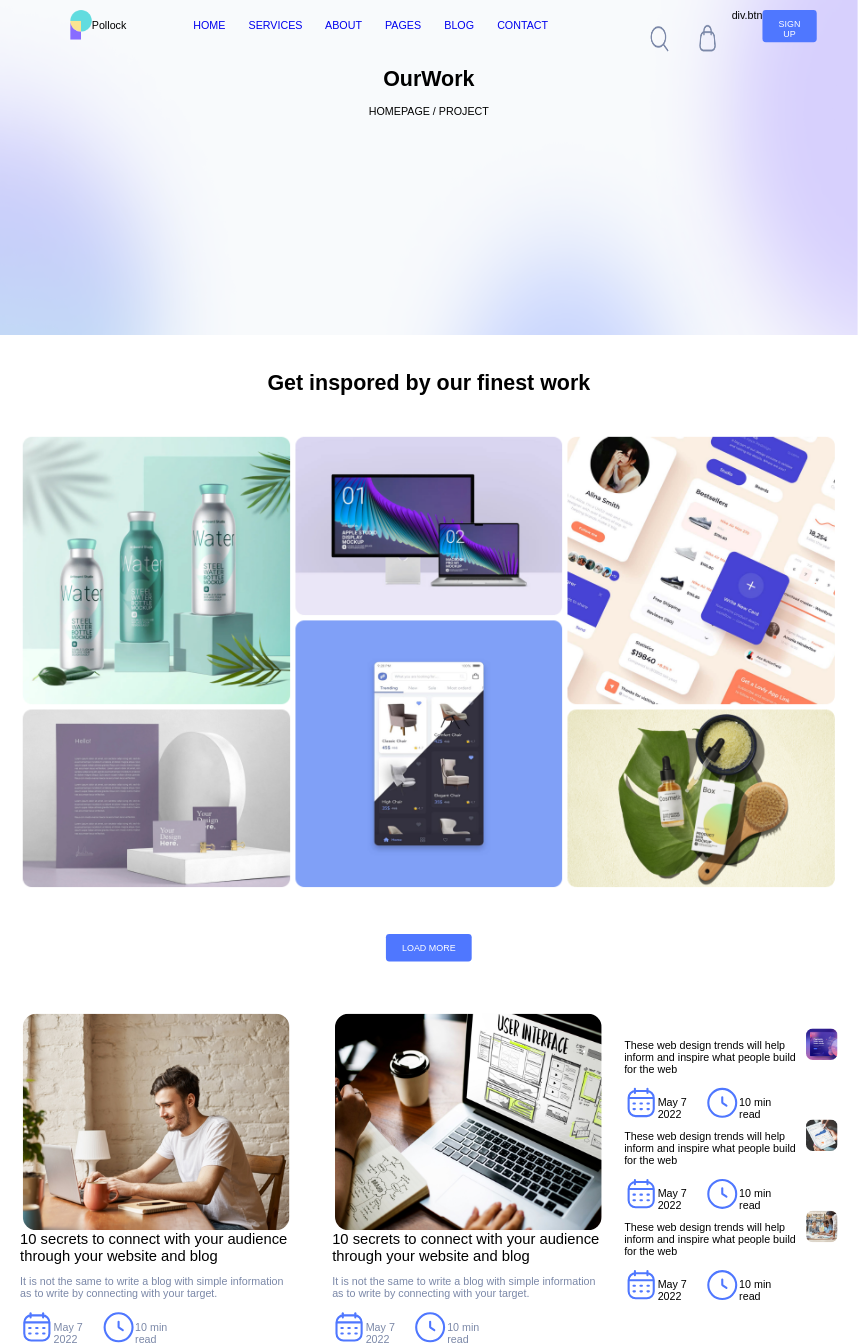
Repository: Nam936/exercises
Page: demo.html
These files come from the project's save history. The page is drawn as it stood at one moment and after a run of saves; the edit follows.
The browser window is 1280 px wide. The pictures show the whole page, at 67% of full size.

Above is the page before, as saved 2023-01-06 16:34:53.

### demo.html
<!DOCTYPE html>
<html lang="en">

<head>
  <meta charset="UTF-8">
  <meta http-equiv="X-UA-Compatible" content="IE=edge">
  <meta name="viewport" content="width=device-width, initial-scale=1.0">
  <title>Pollock</title>
  <link rel="stylesheet" href="style2.css">
</head>

<body>
  <div id="wrap">
    <div class="bg-header">
      <div class="container">
        <div class="header">
          <div class="menu-header">
            <div class="logo-header">
              <div class="img-logo">
                <img src="/img/Frame_header.png" alt="logo">
              </div>
              <p class="txt_header">Pollock</p>
            </div>
            <div class="header-midd">
              <a href="#">HOME</a>
              <a href="#">SERVICES</a>
              <a href="#">ABOUT</a>
              <a href="#">PAGES</a>
              <a href="#">BLOG</a>
              <a href="#">CONTACT</a>
            </div>
            <div class="header-right">
              <div class="search">
                <img class="search" src="/img/Iconex/Search_header.png" alt="">
              </div>
              <div class="cart">
                <img class="cart" src="/img/Iconex/Bag_header.png" alt="">
              </div>
              div.btn
              <button>SIGN UP</button>
            </div>
          </div>
        </div>
        <div class="txt-ct">
          <h1>OurWork</h1>
          <p>HOMEPAGE / PROJECT</p>
        </div>
      </div>
    </div>

    <div class="main">
      <div class="header-main">
        <h1>Get inspored by our finest work</h1>
      </div>
      <div class="row">
        <div class="column">
          <img src="/img/main_img/1.png" alt="">
          <img src="/img/main_img/2.png" alt="">
        </div>
        <div class="column">
          <img src="/img/main_img/3.png" alt="">
          <img src="/img/main_img/4.png" alt="">
        </div>
        <div class="column">
          <img src="/img/main_img/5.png" alt="">
          <img src="/img/main_img/6.png" alt="">
        </div>
      </div>
      <div class="btn-main">
        <a href="#"><button>LOAD MORE</button></a>
      </div>
    </div>

    <!-- <div class="client">
      <div class="tit-client">
        <h2>What our clients are saying about us</h2>
        <p>Customer satisfaction is a primary goal for our company</p>
      </div>
      <div class="slide-container">
        <div class="slide">
          <div class="card">
            <div class="content">
              <div class="avatar">
                <img src="/img/avatar/avatar-1.svg" alt="">
              </div>
              <div class="title-card">
                <span>Monica Smith</span>
                <p>Brand & Co</p>
              </div>
              <div class="desc-card">
                <span>Amazing!!</span>
                <p>Overall experience is awesome!! I'm a visual thinker, and I couldn't function without a tool like
                  this.</p>
              </div>
            </div>
          </div>
          <div class="card">
            <div class="content">
              <div class="avatar">
                <img src="/img/avatar/avatar-2.svg" alt="">
              </div>
              <div class="title-card">
                <span>Monica Smith</span>
                <p>Brand & Co</p>
              </div>
              <div class="desc-card">
                <span>Amazing!!</span>
                <p>Overall experience is awesome!! I'm a visual thinker, and I couldn't function without a tool like
                  this.</p>
              </div>
            </div>
          </div>
          <div class="card">
            <div class="content">
              <div class="avatar">
                <img src="/img/avatar/avatar-3.svg" alt="">
              </div>
              <div class="title-card">
                <span>Monica Smith</span>
                <p>Brand & Co</p>
              </div>
              <div class="desc-card">
                <span>Amazing!!</span>
                <p>Overall experience is awesome!! I'm a visual thinker, and I couldn't function without a tool like
                  this.</p>
              </div>
            </div>
          </div>
        </div>
      </div>
    </div>

    <div class="recent-project-wrap">
      <div class="recent-container">
        <div class="recent-project">
          <div class="recent-title">
            <p>Recent projects</p>
          </div>
          <div class="btn-slide">
            <img src="/img/Iconex/Left.svg" alt="">
            <img src="/img/Iconex/Right.svg" alt="">
          </div>
        </div>
        <div class="card-row">
          <div class="card-column"><img src="/img/Img1.png" alt=""></div>
          <div class="card-column"><img src="/img/Img2.png" alt=""></div>
          <div class="card-column"><img src="/img/Img3.png" alt=""></div>
        </div>
      </div>
    </div> -->

    <div class="blog">
      <!-- <div class="blog-content">
        <div class="tit">
          <p>We will keep you up to date and give you tips to help you optimise your company</p>
        </div>
      </div> -->
      <div class="big-new">
        <div class="big-new-cont">
          <div class="big-content-1">
            <div class="big-img">
              <img src="/img/Rectangle 66.png" alt="">
            </div>
            <div class="blog-desc">
              <div class="blog-tit">
                <span class="tit-blog-tit">10 secrets to connect with your audience through your website and blog</span>
                <p>It is not the same to write a blog with simple information as to write by connecting with your
                  target.
                </p>
              </div>
              <div class="blog-date">
                <img src="/img/Iconex/Calendar.svg" alt="">
                <p>May 7 2022</p>
              </div>
              <div class="time">
                <img src="/img/Iconex/Time Circle.svg" alt="">
                <p>10 min read</p>
              </div>
            </div>
          </div>
          <div class="big-content-2">
            <div class="big-img">
              <img src="/img/Rectangle 66_2.png" alt="">
            </div>
            <div class="blog-desc">
              <div class="blog-tit">
                <span class="tit-blog-tit">10 secrets to connect with your audience through your website and blog</span>
                <p>It is not the same to write a blog with simple information as to write by connecting with your
                  target.
                </p>
              </div>
              <div class="blog-date">
                <img src="/img/Iconex/Calendar.svg" alt="">
                <p>May 7 2022</p>
              </div>
              <div class="time">
                <img src="/img/Iconex/Time Circle.svg" alt="">
                <p>10 min read</p>
              </div>
            </div>
          </div>
        </div>
      </div>


      <div class="blog-thumbnail">
        <div class="thumbnail">
          <div class="thumb">
            <p>These web design trends will help inform and inspire what people build for the web</p>
            <div class="day">
              <div class="blog-date">
                <img src="/img/Iconex/Calendar.svg" alt="">
                <p>May 7 2022</p>
              </div>
              <div class="time">
                <img src="/img/Iconex/Time Circle.svg" alt="">
                <p>10 min read</p>
              </div>
            </div>
          </div>
          <div class="thumb-img">
            <img src="/img/thumb1.png" alt="">
          </div>
        </div>
        <div class="thumbnail">
          <div class="thumb">
            <p>These web design trends will help inform and inspire what people build for the web</p>
            <div class="day">
              <div class="blog-date">
                <img src="/img/Iconex/Calendar.svg" alt="">
                <p>May 7 2022</p>
              </div>
              <div class="time">
                <img src="/img/Iconex/Time Circle.svg" alt="">
                <p>10 min read</p>
              </div>
            </div>
          </div>
          <div class="thumb-img">
            <img src="/img/thumb2.png" alt="">
          </div>
        </div>
        <div class="thumbnail">
          <div class="thumb">
            <p>These web design trends will help inform and inspire what people build for the web</p>
            <div class="day">
              <div class="blog-date">
                <img src="/img/Iconex/Calendar.svg" alt="">
                <p>May 7 2022</p>
              </div>
              <div class="time">
                <img src="/img/Iconex/Time Circle.svg" alt="">
                <p>10 min read</p>
              </div>
            </div>
          </div>
          <div class="thumb-img">
            <img src="/img/thumb3.png" alt="">
          </div>
        </div>
      </div>
    </div>
  </div>
</body>

</html>

### style2.css
* {
  box-sizing: border-box;
}

body {
  margin: 0;
  font-family: 'Outfit', sans-serif;
}

.bg-header {
  width: 100%;
  height: 500px;
  background-image: url(/img/Hero_background.png);
  background-size: 100% 100%;
}

.container {
  max-width: 1170px;
  margin: 0px auto;
  padding: 0px 15px;
  width: 100%;
}

/* .menu-header{
  overflow: hidden;
  padding: 20px 10px; */
/* }
.logo-header{
  float: left;
}
.logo-header{
  display: flex;
}
.logo-header img{
  max-width: 100%;
  float: left;
}
.img-logo{
  width: 32px;
  height: 44px;
  max-width: 100%;
}
.header-right{
  padding: 20px 10px;
}
.header-right a{
  float: left;
  display: block;
  text-align: center;
  padding: 14px 16px;
  text-decoration: none;
  font-size: 17px;
  /* padding: 12px;
  text-decoration: none;
  line-height: 20px;
  color: #7B88A8; */
}


/* .icon-header img {
  width: 24px;
  height: 24px;
}

.cart,.search{
  margin: 22px 20px;
}

button {
  display: inline;
  background-color: #4F77FF;
  border: 0px;
  border-radius: 5px;
  padding: 13px 24px;
  color: #fff;
}  */

/* @media screen and (max-width: 600px) {
  .menu-header a:not(:first-child) {display: none;}
  /* .menu-header a{
    float: right;
    display: block;
  }
}
*/
/* @media screen and (max-width: 500px) {
  .header a {
    float: none;
    display: block;
    text-align: left;
} */

/* .header-right {
    float: none;
} */

.header {
  display: flex;
}

.menu-header {
  display: flex;
  justify-content: space-around;
  align-items: center;
}

.menu-header img {
  width: 32px;
  height: 44px;
}

.logo-header{
  display: flex;
  align-items: center;
}



.txt-header {
  padding-left: 10px;
}

/* .lst-header ul {
  display: flex;
  list-style-type: none;
}

.lst-header ul li {
  margin: 22px 20px;
}

.lst-header a {
  text-decoration: none;
  color: #7B88A8;
}  */

.header-midd{
  padding: 30px 30px;
}
.header-midd a{
  text-decoration: none;
  margin-right: 30px;
}

.header-right{
  display: flex;
  width: 227px;
  height: 48px;
}
.icon-header{

}
.icon-header img {
  width: 50%;
  width: 24px;
  height: 24px;
}
.icon
.btn-header{

}
.cart,
.search {
  margin: 10px 10px;
}

button {
  background-color: #4F77FF;
  border: 0px;
  border-radius: 5px;
  padding: 13px 24px;
  color: #fff;
}

.txt-ct {
  text-align: center;
}
@media screen and (max-width: 600px) {
  .header-right img{
    display: none;
  }
}
@media screen and (max-width: 600px) {
  .menu-header a:not(:first-child) {display: none;}
  .menu-header a{
    float: right;
    display: block;
  }
}







/* main */
.header-main{
  text-align: center;
  padding: 32px;
}

.row{
/* display: -ms-flexbox; IE10 */
/* -ms-flex-wrap: wrap; IE10 */
  display: flex;
  flex-wrap: wrap;
  padding: 0 30px;
  justify-content: center;
}

/* Create four equal columns that sits next to each other */
.column {
  /* -ms-flex: 25%; IE10 */
  flex: 25%;
  max-width: 50%;
  padding: 0 4px;
}

.column img {
  margin-top: 8px;
  vertical-align: middle;
  width: 100%;
}



.btn-main{
  text-align: center;
  padding: 70px;
}
.btn-main a{
  text-decoration: none;
}


@media screen and (max-width: 800px) {
  .column {
    /* -ms-flex: 50%; */
    flex: 50%;
    max-width: 50%;
  }
}

/* Responsive layout - makes the two columns stack on top of each other instead of next to each other */
@media screen and (max-width: 600px) {
  .column {
    /* -ms-flex: 100%; */
    flex: 100%;
    max-width: 100%;
  }
}

/* slide-card */
.client{
  background-color: #F8FAFC;
}
.tit-client{
  text-align: center;
  padding: 120px 0px 95px;
}
.tit-client p{
  color: #7B88A8;
}
.slide-container{

}
.slide{
  display: flex;
  justify-content: center;
  gap: 30px;
}
.card{
  width: 350px;
  height: 350px;
  border: 1px solid rgba(79, 119, 255, 0.2) ;
  border-radius: 20px;
  margin-bottom: 105px;
}
.content{
  text-align: center;
  padding: 35px 35.09px 45px 35px;
}
.avatar{

}
.title-card span{
  font-size:22px;
}
.title-card p{
  color: #7B88A8;
  font-size: 16px;
}
.desc-card span{
  font-size: 18px;
}
.desc-card p{
  display: -webkit-box;
  -webkit-box-orient: vertical;
  -webkit-line-clamp: 3;
  overflow: hidden;
  color: #7B88A8;
  font-size: 16px;
  line-height: 1.5;
}

/* recent */

.recent-project-wrap{

}
.recent-container{
  max-width: 1170px;
  margin: 0px auto;
  padding: 0px 15px;
  width: 100%;
}
.recent-project{
  display: flex;
  align-items: center;
}
.recent-title{

}
.btn-slide{

}
.card-row{
  display: flex;
  flex-wrap: wrap;
  padding: 0 30px;
  justify-content: center;
}
.card-column{
  flex: 25%;
  max-width: 50%;
  padding: 0 4px;
}
.card-column img{
  margin-top: 8px;
  /* vertical-align: middle; */
  width: 100%;
}


/* blog */

.blog{

  display: flex;
}
/* .blog-content{

}
.tit{

} */
.big-new{

}
.big-new-cont{
  display: flex;
  gap: 30px;
}
.big-content-1{
  padding: 0 30px;

}
.big-img{
  max-width: 100%;
  padding: 0 4px;
}
.big-img img{
  margin-top: 8px;
  vertical-align: middle;
  width: 100%;
  border-radius: 20px;
}
.blog-desc{
  display: flex;
  flex-wrap: wrap;
}
.blog-desc p{
  color: #7B88A8;
}
.blog-titp{

}
.tit-blog-tit{
  font-size: 22px;
}
.blog-date{
  display: flex;
  margin-right: 20px;
}
.time{
  display: flex;
}
.big-content-2{

}

.blog-thumbnail{
  display: flex;
  flex-direction: column;
  padding: 30px 30px;
}
.thumbnail{
  display: flex;
}
.thumb{
  display: -webkit-box;
    -webkit-box-orient: vertical;
    -webkit-line-clamp: 3;
    overflow: hidden;
}

.day{
  display: flex;
}
.thumb-img{
  width: 100px;
  height: 100px;
}
.thumb-img img{
  max-width: 100%;
  border-radius: 10px;
}
























/* html,
body {
  font-size: 16px;
  color: hsl(60, 58%, 0%);
}
body {
  padding: 20px;
  background-color: rgb(99, 232, 203);
}
h1 {
  font-size: 2rem;
  text-align: center;
}
.buttons {
  display: flex;
  flex-wrap: wrap;
  gap: 10px;
  margin: 40px 0;
}
button {
  padding: 10px;
  border-radius: 5px;
  border: 2px solid hsl(60, 58%, 17%);
  background-color: navajowhite;
}
.grid {
  display: grid;
  grid-template-columns: repeat(auto-fit, minmax(10rem, 1fr));
  grid-auto-rows: 10rem;
  grid-gap: 20px;
  margin: 40px 0;
}
.grid__item {
  background-color: hsl(40, 58%, 17%);
  border-radius: 5px;
}
.grid__item:nth-child(1),
.grid__item:nth-child(4) {
  background-color: hsl(10, 58%, 17%);
}
.grid__item:nth-child(2),
.grid__item:nth-child(6) {
  background-color: hsl(150, 58%, 17%);
}
.grid__item:nth-child(3),
.grid__item:nth-child(7) {
  background-color: hsl(200, 58%, 17%);
}
.grid__item:nth-child(4),
.grid__item:nth-child(8) {
  background-color: hsl(305, 58%, 17%);
} */
/* transition styles that would be animated */
/* .toggle-column {
  grid-template-columns: repeat(auto-fit, minmax(16rem, 1fr));
}
.toggle-row {
  grid-auto-rows: 16rem;
}
.toggle-gap {
  grid-gap: 40px;
} */

After the next 7 saves:
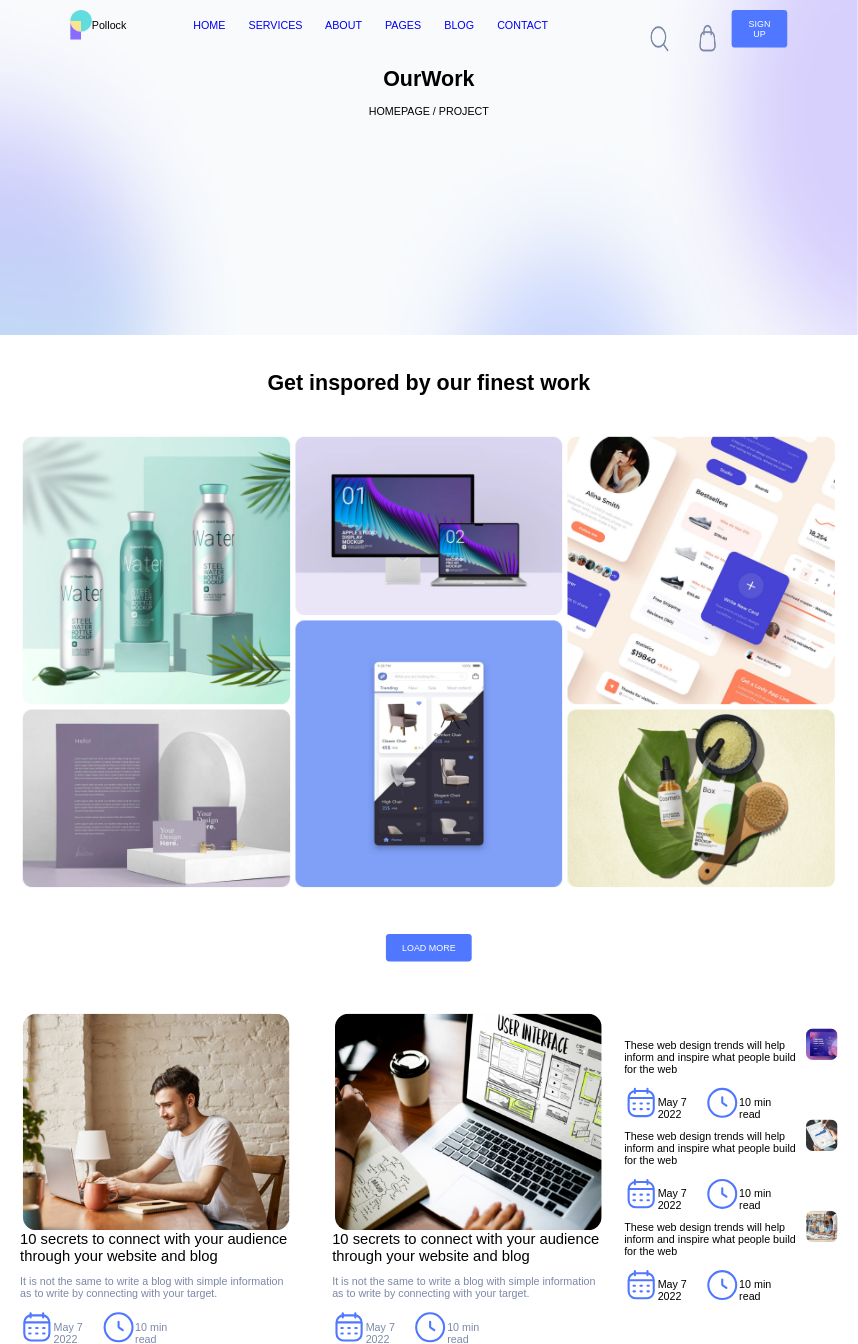
The 7 saves are shown as one change because they came seconds apart.
The last was saved 19 s later.
--- a/demo.html
+++ b/demo.html
@@ -36,8 +36,9 @@
               <div class="cart">
                 <img class="cart" src="/img/Iconex/Bag_header.png" alt="">
               </div>
-              div.btn
-              <button>SIGN UP</button>
+              <div class="btn-sig">
+                <button>SIGN UP</button>
+              </div>
             </div>
           </div>
         </div>
